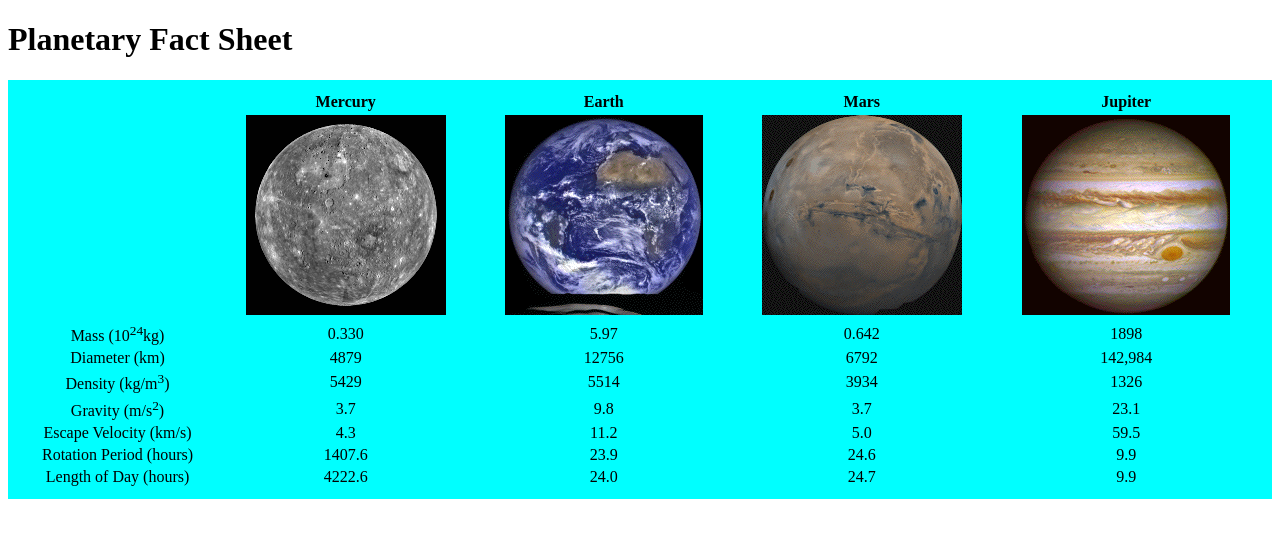
Repository: rishondass/ITMD361-Lab5
Page: index.html
These files come from the project's save history. The page is drawn as it stood at one moment and after the next save; the edit follows.
The browser window is 1280 px wide. The pictures show the whole page.

Above is the page before, as saved 2023-02-22 19:03:01.

### index.html
<!DOCTYPE html>
<html lang="en">
<head>
  <meta charset="utf-8">
  <title>Planetary Fact Sheet</title>
  <link rel="stylesheet" href="css/style.css">
</head>
<body>
  <h1>Planetary Fact Sheet</h1>
  <table id="planets">
    <tr>
      <th></th>
      <th>Mercury</th>
      <th>Earth</th>
      <th>Mars</th>
      <th>Jupiter</th>
    </tr>
    <tr>
      <td></td>
      <td><img src="images/mercury.gif" alt="image_of_Mercury"></td>
      <td><img src="images/earth.gif" alt="image_of_Earth"></td>
      <td><img src="images/mars.gif" alt="image_of_Mars"></td>
      <td><img src="images/jupiter.gif" alt="image_of_Jupiter"></td>
    </tr>
    <tr>
      <td>Mass (10<sup>24</sup>kg)</td>
      <td>0.330</td>
      <td>5.97</td>
      <td>0.642</td>
      <td>1898</td>
    </tr>
    <tr>
      <td>Diameter (km)</td>
      <td>4879</td>
      <td>12756</td>
      <td>6792</td>
      <td>142,984</td>
    </tr>
    <tr>
      <td>Density (kg/m<sup>3</sup>)</td>
      <td>5429</td>
      <td>5514</td>
      <td>3934</td>
      <td>1326</td>
    </tr>
    <tr>
      <td>Gravity (m/s<sup>2</sup>)</td>
      <td>3.7</td>
      <td>9.8</td>
      <td>3.7</td>
      <td>23.1</td>
    </tr>
    <tr>
      <td>Escape Velocity (km/s)</td>
      <td>4.3</td>
      <td>11.2</td>
      <td>5.0</td>
      <td>59.5</td>
    </tr>
    <tr>
      <td>Rotation Period (hours)</td>
      <td>1407.6</td>
      <td>23.9</td>
      <td>24.6</td>
      <td>9.9</td>
    </tr>
    <tr>
      <td>Length of Day (hours)</td>
      <td>4222.6</td>
      <td>24.0</td>
      <td>24.7</td>
      <td>9.9</td>
    </tr>
  </table>
</body>

### css/style.css
#planets {
	border: none;
  padding: 10px;
  background-color: aqua;
  width: 100%;
  text-align: center;
  /* height: 80vh; */
}

#planets > tr{
  padding: 30px;
  background-color: red;
}

After the next save:
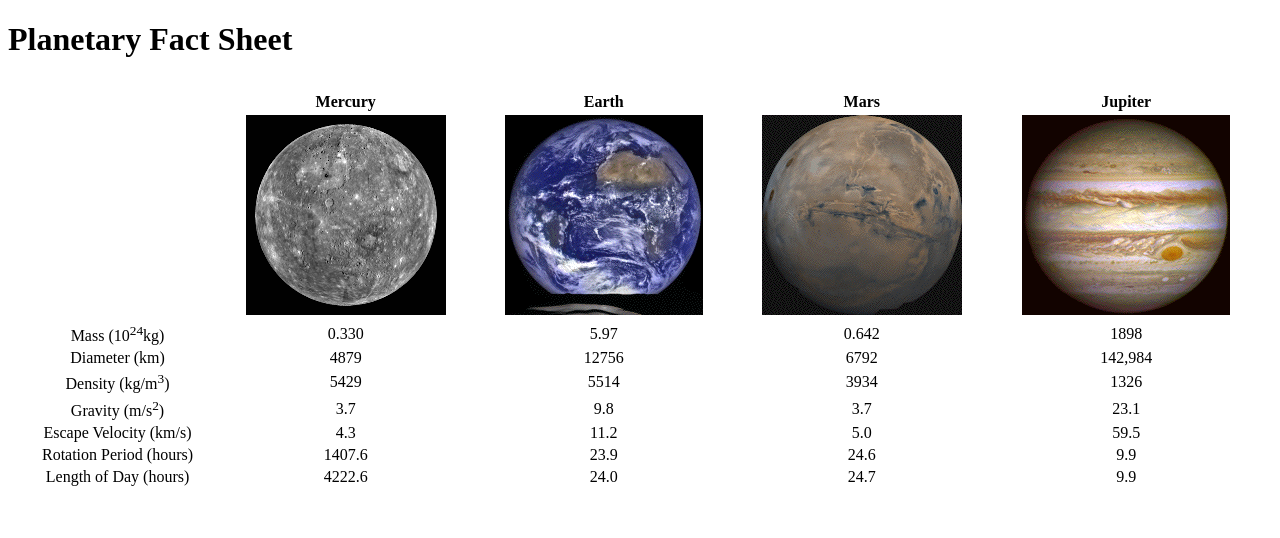
Saved 5 s later.
--- a/css/style.css
+++ b/css/style.css
@@ -1,7 +1,7 @@
 #planets {
 	border: none;
   padding: 10px;
-  background-color: aqua;
+  /* background-color: aqua; */
   width: 100%;
   text-align: center;
   /* height: 80vh; */
